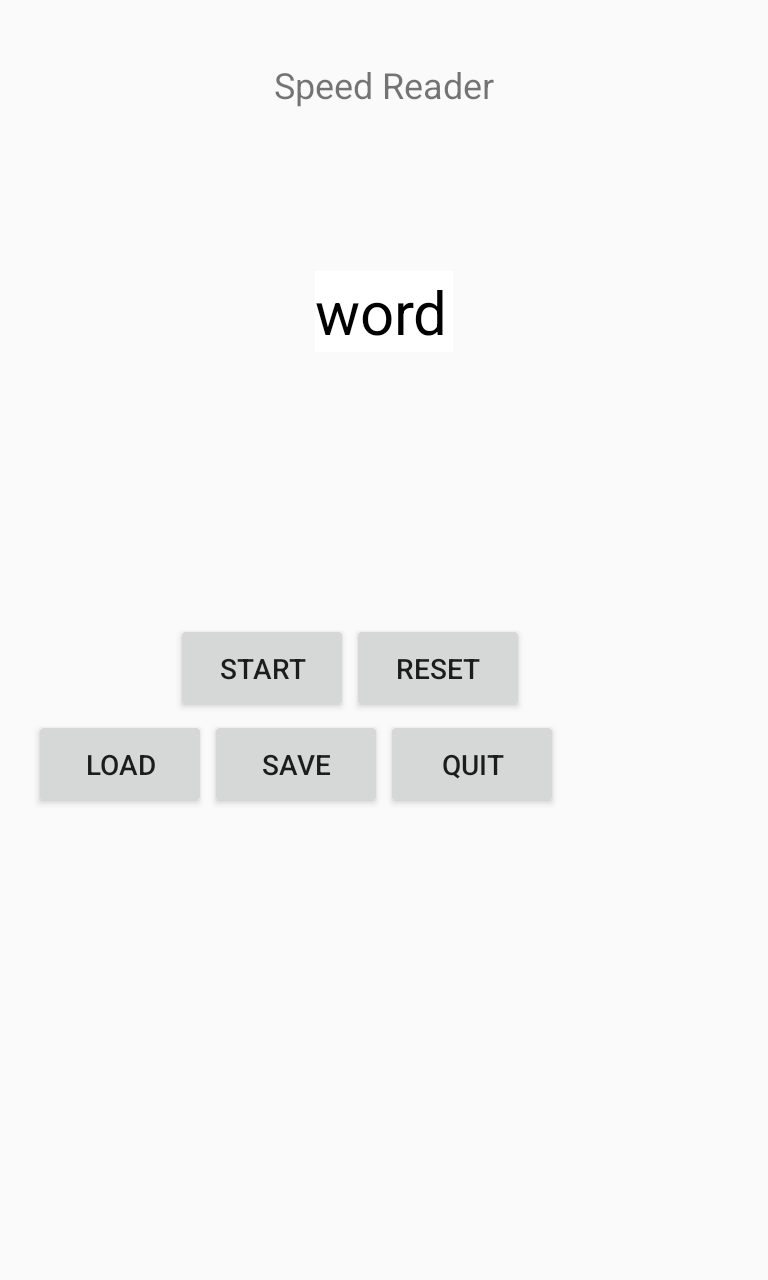
Repository: hdemby/workspace
Layout: Reader/res/layout/activity_main.xml
An editor plug-in stored every save of this project. The layout is shown before and after the next save, followed by the edit.
It is drawn on a 768 x 1280 px phone screen (xhdpi) without system bars, with theme AppTheme; the app's code is not run.

Above is the layout before, as saved 2014-12-04 04:34:41.

After the next save:
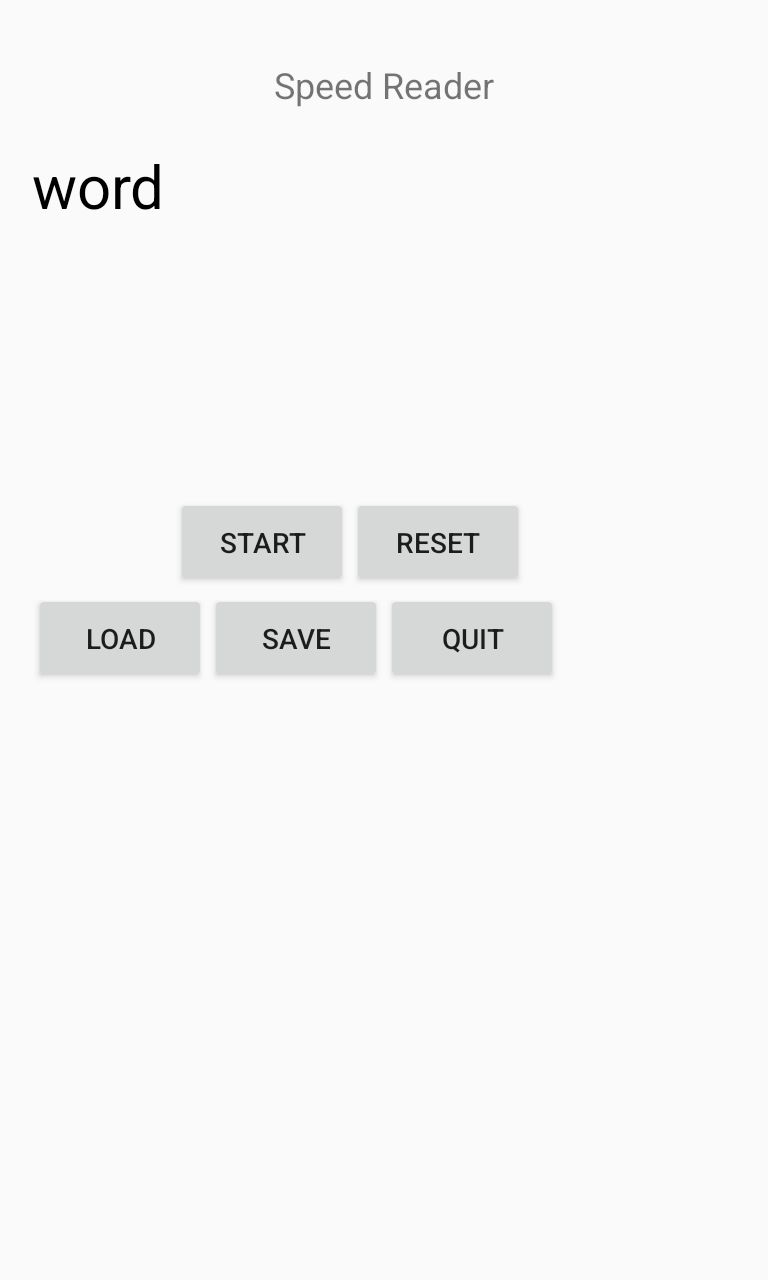
Saved 2 min 13 s later.
--- a/Reader/res/layout/activity_main.xml
+++ b/Reader/res/layout/activity_main.xml
@@ -35,22 +35,13 @@
         android:layout_marginTop="18dp"
         android:orientation="vertical" >
 
-        <EditText
-            android:id="@+id/editText1"
-            android:layout_width="69dp"
-            android:layout_height="match_parent"
-            android:layout_gravity="center_horizontal"
-            android:layout_marginTop="63dp"
-            android:background="#ffffffff"
-            android:clickable="false"
-            android:ems="10"
-            android:focusable="false"
-            android:focusableInTouchMode="false"
-            android:inputType="text"
+        <TextView
+            android:id="@+id/textView2"
+            android:layout_width="wrap_content"
+            android:layout_height="wrap_content"
             android:text="@string/display_text"
             android:textColor="#ff000000"
-            android:textSize="30sp"
-            android:width="@dimen/abc_text_size_body_2_material" />
+            android:textSize="30sp" />
 
         <LinearLayout
             android:id="@+id/linearLayout2"
